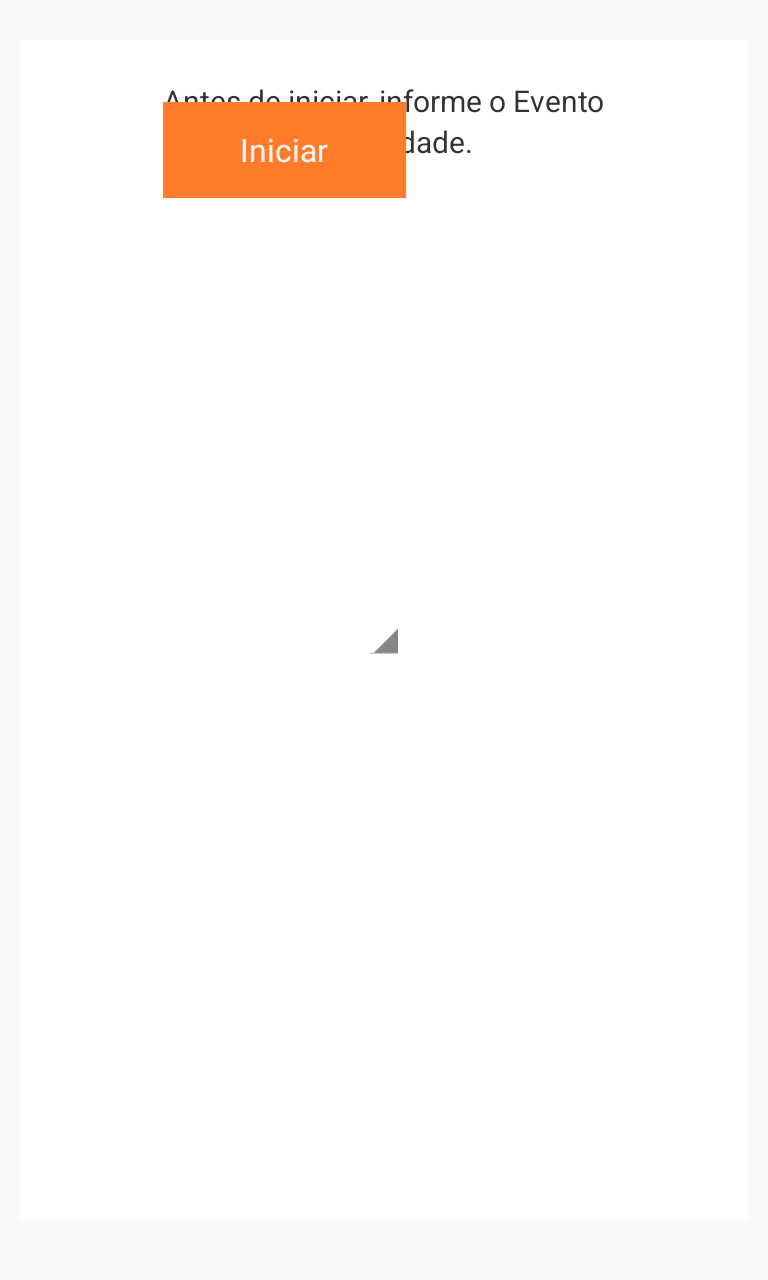
Repository: jhonpatrick/Projeto-QrCode-TDA-Informatica-
Layout: Intelligence/res/layout/activity_tela_de_atividades.xml
The author's editor kept a copy of each file at every save. The layout is drawn from the files as they stood at one save, then again after the next save.
It is drawn on a 768 x 1280 px phone screen (xhdpi) without system bars, with theme AppTheme; the app's code is not run.

Above is the layout before, as saved 2016-03-17 13:06:42.

After the next save:
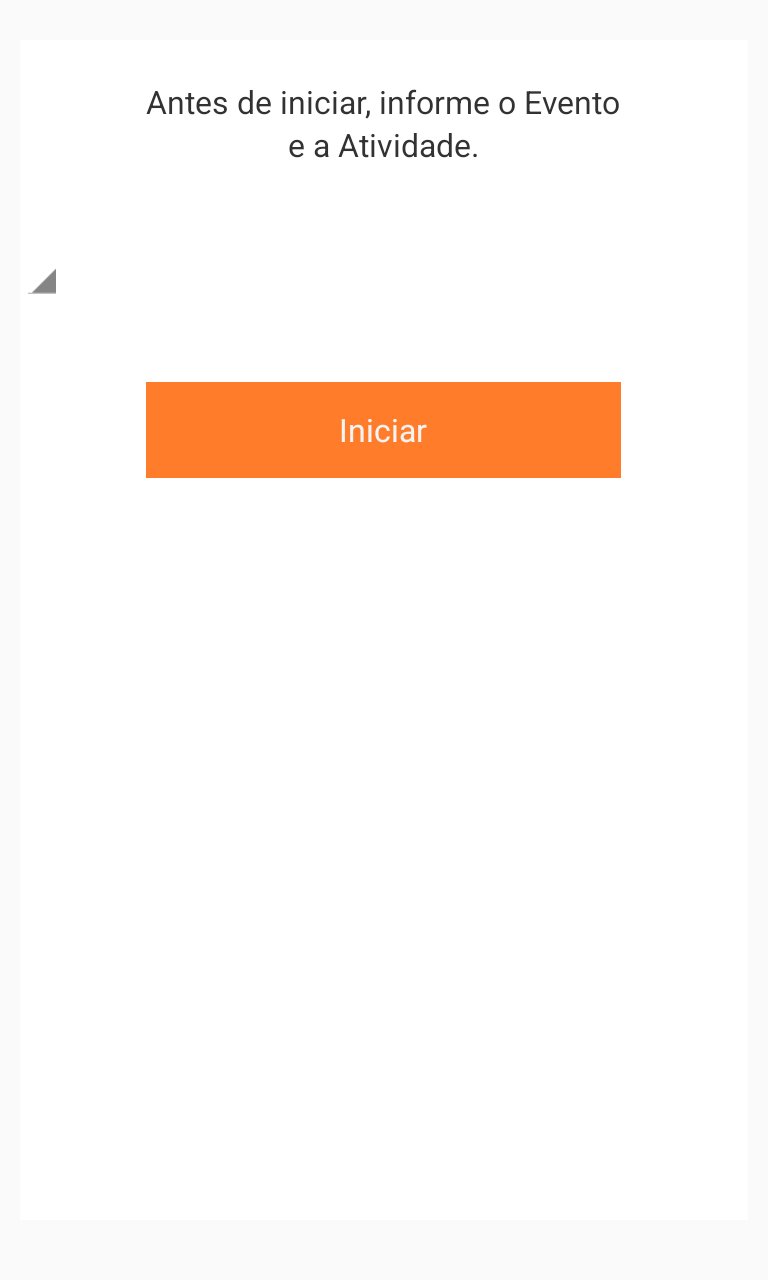
Saved 2 min 2 s later.
--- a/Intelligence/res/layout/activity_tela_de_atividades.xml
+++ b/Intelligence/res/layout/activity_tela_de_atividades.xml
@@ -27,7 +27,7 @@
             android:layout_centerHorizontal="true"
             android:layout_marginTop="20dp"
             android:text="@string/info1"
-            android:textSize="15sp" />
+            android:textSize="16sp" />
 
         <TextView
             android:id="@+id/txt_info3"
@@ -36,7 +36,7 @@
             android:layout_below="@+id/txt_info2"
             android:layout_centerHorizontal="true"
             android:text="@string/info2"
-            android:textSize="15sp" />
+            android:textSize="16sp" />
 
         <Spinner
             android:id="@+id/spn_eventos"
@@ -48,25 +48,28 @@
             android:background="#fafafa"
             android:contentDescription="@string/info_atividade" />
 
-        <Spinner
-            android:id="@+id/spn_atividades"
-            android:layout_width="wrap_content"
-            android:layout_height="wrap_content"
-            android:layout_centerHorizontal="true"
-            android:layout_centerVertical="true" />
-
         <Button
             android:id="@+id/button1"
             style="@style/ShareButton"
             android:layout_width="wrap_content"
             android:layout_height="wrap_content"
             android:layout_alignLeft="@+id/txt_info2"
-            android:layout_alignRight="@+id/spn_atividades"
-            android:layout_marginTop="31dp"
+            android:layout_alignRight="@+id/txt_info2"
+            android:layout_below="@+id/spn_atividades"
+            android:layout_marginTop="40dp"
             android:background="#ff7c2a"
             android:onClick="iniciar"
             android:text="@string/iniciar"
             android:textSize="16sp" />
+
+        <Spinner
+            android:id="@+id/spn_atividades"
+            android:layout_width="wrap_content"
+            android:layout_height="wrap_content"
+            android:layout_alignParentLeft="true"
+            android:layout_below="@+id/spn_eventos"
+            android:layout_marginTop="14dp" />
+
     </RelativeLayout>
 
 </RelativeLayout>
